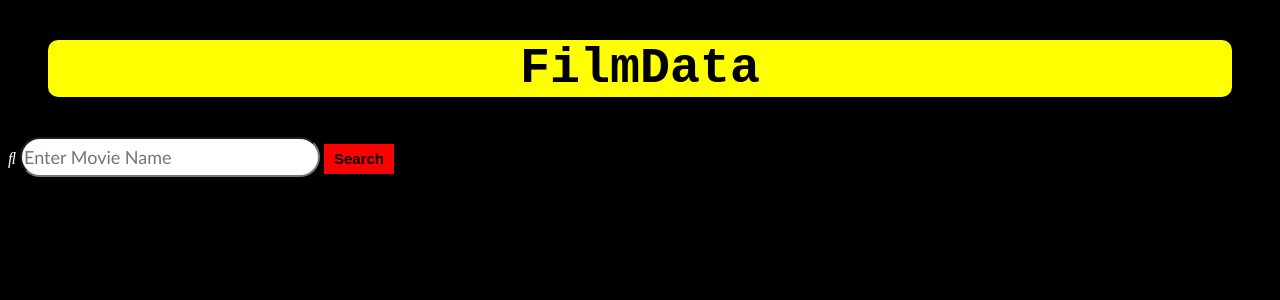
Repository: priyankajainmodi/film_data
Page: index.html
These files come from the project's save history. The page is drawn as it stood at one moment and after the next save; the edit follows.
The browser window is 1280 px wide. The pictures show the whole page.

Above is the page before, as saved 2021-11-17 23:16:06.

After the next save:
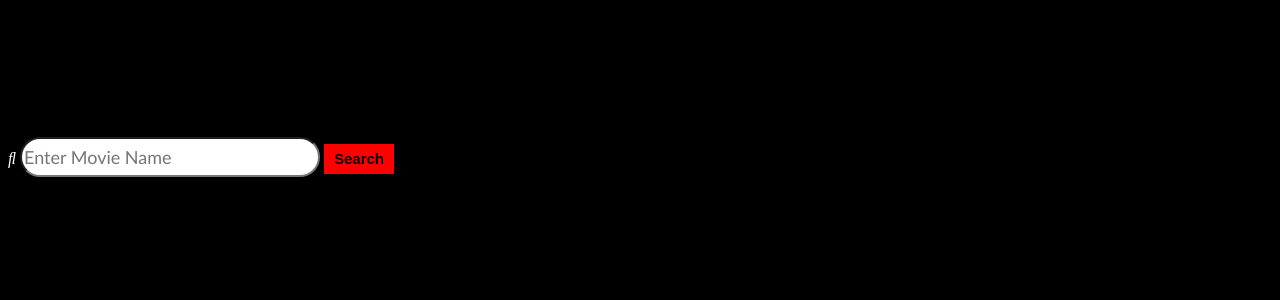
Saved 13 s later.
--- a/index.html
+++ b/index.html
@@ -47,7 +47,7 @@
 </head>
 
 <body bgcolor="#000000">
-    <h1 id="heading" style="color:#000;margin-bottom:50;border-radius:10px; text-align:center;font-family:monospace;background-color:yellow;font-size:50px;margin:40px;">FilmData</h1>
+    <h1 id="heading" style="color:#000;margin-bottom:50;border-radius:10px; text-align:center;font-family:monospace;opacity:0;background-color:yellow;font-size:50px;margin:40px;">FilmData</h1>
 
     <div id="enter">
 
